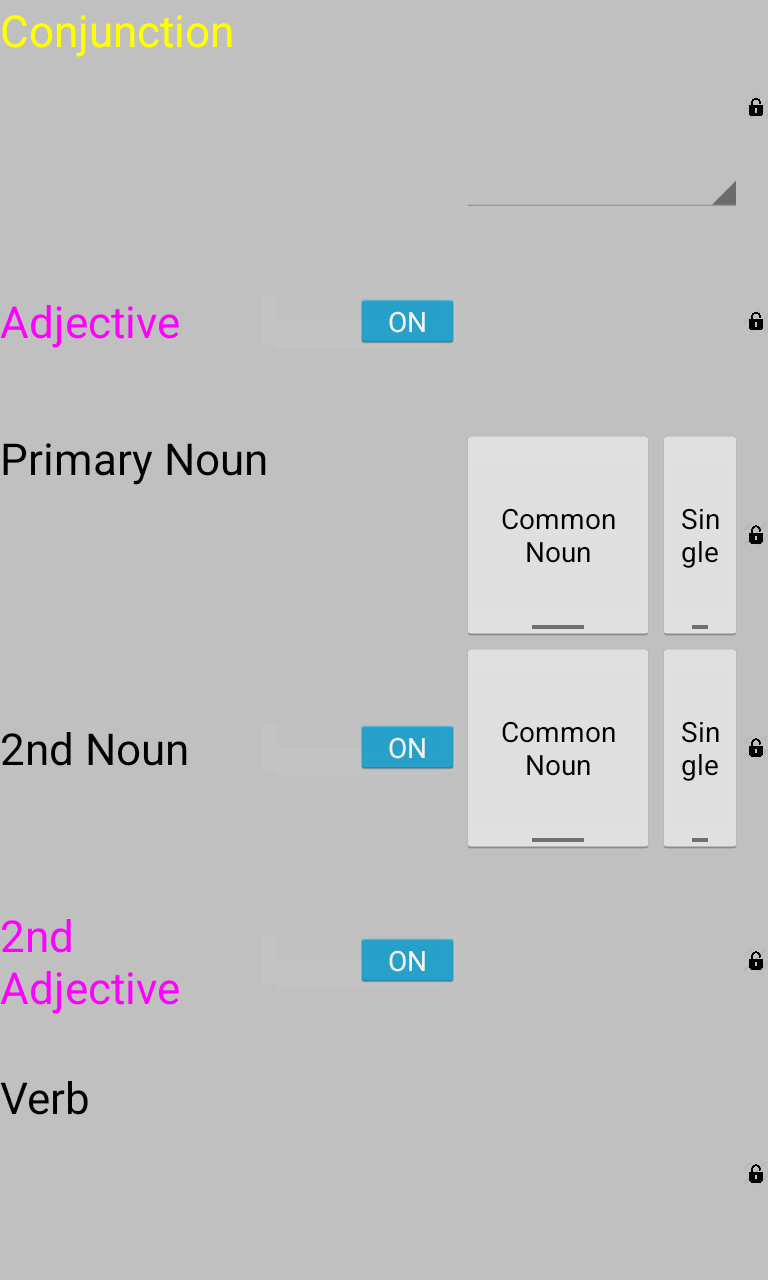
Repository: TheDizzler/TableTopTools
Layout: RPGTools/res/layout/fragment_cause_controls.xml
An editor plug-in stored every save of this project. The layout is shown before and after the next save, followed by the edit.
It is drawn on a 768 x 1280 px phone screen (xhdpi) without system bars, with theme AppTheme; the app's code is not run.

Above is the layout before, as saved 2017-03-26 19:34:59.

### RPGTools/res/layout/fragment_cause_controls.xml
<?xml version="1.0" encoding="utf-8"?>
<TableLayout xmlns:android="http://schemas.android.com/apk/res/android"
    android:layout_width="match_parent"
    android:layout_height="match_parent"
    android:background="#C0C0C0"
    android:measureWithLargestChild="true"
    android:orientation="vertical"
    android:weightSum="6" >

    <TableRow
        android:id="@+id/tableRow1_conjunction"
        android:layout_width="match_parent"
        android:layout_height="wrap_content"
        android:layout_weight="1"
        android:weightSum="4" >

        <TextView
            android:id="@+id/textView1"
            android:layout_width="wrap_content"
            android:layout_height="match_parent"
            android:layout_span="1"
            android:layout_weight="1"
            android:text="Conjunction"
            android:textAppearance="?android:attr/textAppearanceLarge"
            android:textColor="#FFFFFF00" />

        <Spinner
            android:id="@+id/spinner_Conjunctions"
            android:layout_width="wrap_content"
            android:layout_height="match_parent"
            android:layout_span="2"
            android:layout_weight="1" />

        <ImageView
            android:id="@+id/lockBtn_conj"
            android:layout_width="32dp"
            android:layout_height="match_parent"
            android:layout_span="1"
            android:layout_weight="1"
            android:src="@drawable/unlocked" />
    </TableRow>

    <TableRow
        android:id="@+id/tableRow2_primaryAdj"
        android:layout_width="match_parent"
        android:layout_height="wrap_content"
        android:layout_weight="1"
        android:weightSum="4" >

        <Switch
            android:id="@+id/switch_primaryAdjective"
            android:layout_width="wrap_content"
            android:layout_height="match_parent"
            android:layout_span="1"
            android:layout_weight="1"
            android:checked="true"
            android:text="Adjective"
            android:textColor="#FFFF00FF"
            android:textAppearance="?android:attr/textAppearanceLarge" />

        <Spinner
            android:id="@+id/spacer1"
            android:layout_width="wrap_content"
            android:layout_height="match_parent"
            android:layout_span="2"
            android:layout_weight="1"
            android:visibility="invisible" />

        <ImageView
            android:id="@+id/lockBtn_primaryAdj"
            android:layout_width="32dp"
            android:layout_height="match_parent"
            android:layout_span="1"
            android:layout_weight="1"
            android:src="@drawable/unlocked" />
    </TableRow>

    <TableRow
        android:id="@+id/tableRow3_primaryNoun"
        android:layout_width="match_parent"
        android:layout_height="wrap_content"
        android:layout_weight="1"
        android:weightSum="4" >

        <TextView
            android:id="@+id/textView3"
            android:layout_width="wrap_content"
            android:layout_height="match_parent"
            android:layout_span="1"
            android:layout_weight="1"
            android:text="Primary Noun"
            android:textAppearance="?android:attr/textAppearanceLarge" />

        <ToggleButton
            android:id="@+id/toggleBtn_primaryNounProper"
            android:layout_width="wrap_content"
            android:layout_height="match_parent"
            android:layout_span="1"
            android:layout_weight="1"
            android:textOff="Common Noun"
            android:textOn="Proper Noun" />

        <ToggleButton
            android:id="@+id/toggleBtn_primaryNounPlural"
            android:layout_width="wrap_content"
            android:layout_height="match_parent"
            android:layout_span="1"
            android:layout_weight="1"
            android:textOff="Single"
            android:textOn="Plural" />

        <ImageView
            android:id="@+id/lockBtn_primaryNoun"
            android:layout_width="32dp"
            android:layout_height="match_parent"
            android:layout_span="1"
            android:layout_weight="1"
            android:src="@drawable/unlocked" />
    </TableRow>

    <TableRow
        android:id="@+id/tableRow4_secondaryNoun"
        android:layout_width="match_parent"
        android:layout_height="wrap_content"
        android:layout_weight="1"
        android:weightSum="4" >

        <Switch
            android:id="@+id/switch_secondaryNoun"
            android:layout_width="wrap_content"
            android:layout_height="match_parent"
            android:layout_span="1"
            android:layout_weight="1"
            android:checked="true"
            android:text="2nd Noun"
            android:textAppearance="?android:attr/textAppearanceLarge" />

        <ToggleButton
            android:id="@+id/toggleBtn_secondaryNounProper"
            android:layout_width="wrap_content"
            android:layout_height="match_parent"
            android:layout_span="1"
            android:layout_weight="1"
            android:textOff="Common Noun"
            android:textOn="Proper Noun" />

        <ToggleButton
            android:id="@+id/toggleBtn_secondaryNounPlural"
            android:layout_width="wrap_content"
            android:layout_height="match_parent"
            android:layout_span="1"
            android:layout_weight="1"
            android:textOff="Single"
            android:textOn="Plural" />

        <ImageView
            android:id="@+id/lockBtn_secondaryNoun"
            android:layout_width="32dp"
            android:layout_height="match_parent"
            android:layout_span="1"
            android:layout_weight="1"
            android:src="@drawable/unlocked" />
    </TableRow>

    <TableRow
        android:id="@+id/tableRow5_secondaryAdj"
        android:layout_width="match_parent"
        android:layout_height="wrap_content"
        android:layout_weight="1"
        android:weightSum="4" >

        <Switch
            android:id="@+id/switch_secondaryAdjective"
            android:layout_width="wrap_content"
            android:layout_height="match_parent"
            android:layout_span="1"
            android:layout_weight="1"
            android:checked="true"
            android:text="2nd Adjective"
            android:textColor="#FFFF00FF"
            android:textAppearance="?android:attr/textAppearanceLarge" />

        <Spinner
            android:id="@+id/spacer2"
            android:layout_width="wrap_content"
            android:layout_height="match_parent"
            android:layout_span="2"
            android:layout_weight="1"
            android:visibility="invisible" />

        <ImageView
            android:id="@+id/lockBtn_secondaryAdjective"
            android:layout_width="32dp"
            android:layout_height="match_parent"
            android:layout_span="1"
            android:layout_weight="1"
            android:src="@drawable/unlocked" />
    </TableRow>

    <TableRow
        android:id="@+id/tableRow6_causeVerb"
        android:layout_width="match_parent"
        android:layout_height="wrap_content"
        android:layout_weight="1"
        android:weightSum="4" >

        <TextView
            android:id="@+id/textView_causeVerb"
            android:layout_width="wrap_content"
            android:layout_height="match_parent"
            android:layout_span="1"
            android:layout_weight="1"
            android:text="Verb"
            android:textAppearance="?android:attr/textAppearanceLarge" />

        <Spinner
            android:id="@+id/spacer3"
            android:layout_width="wrap_content"
            android:layout_height="match_parent"
            android:layout_span="2"
            android:layout_weight="1"
            android:visibility="invisible" />

        <ImageView
            android:id="@+id/lockBtn_causeVerb"
            android:layout_width="32dp"
            android:layout_height="match_parent"
            android:layout_span="1"
            android:layout_weight="1"
            android:src="@drawable/unlocked" />
    </TableRow>

</TableLayout>

Loaded but not shown: RPGTools/res/values/styles.xml (common file); RPGTools/res/values-v11/styles.xml (common file); RPGTools/res/values-v14/styles.xml (common file)

After the next save:
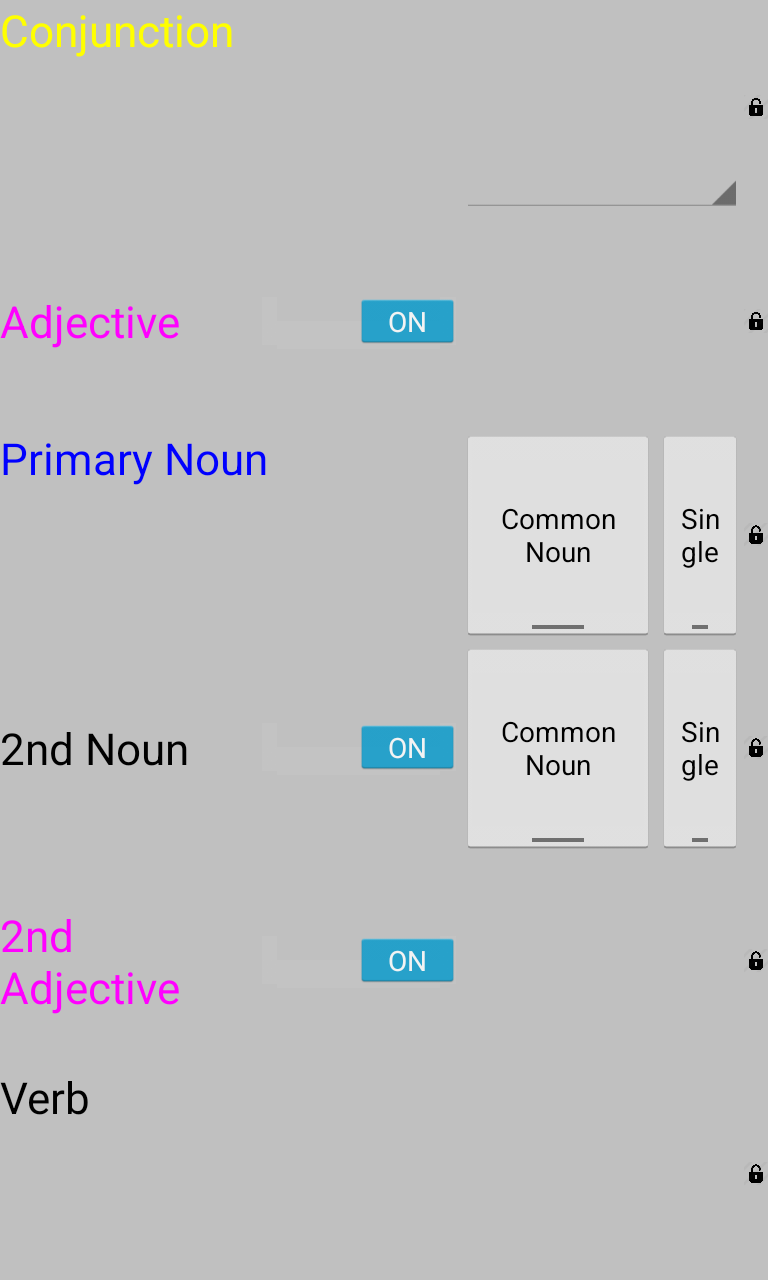
Saved 21 s later.
--- a/RPGTools/res/layout/fragment_cause_controls.xml
+++ b/RPGTools/res/layout/fragment_cause_controls.xml
@@ -89,6 +89,7 @@
             android:layout_span="1"
             android:layout_weight="1"
             android:text="Primary Noun"
+            android:textColor="#FF0000FF"
             android:textAppearance="?android:attr/textAppearanceLarge" />
 
         <ToggleButton
